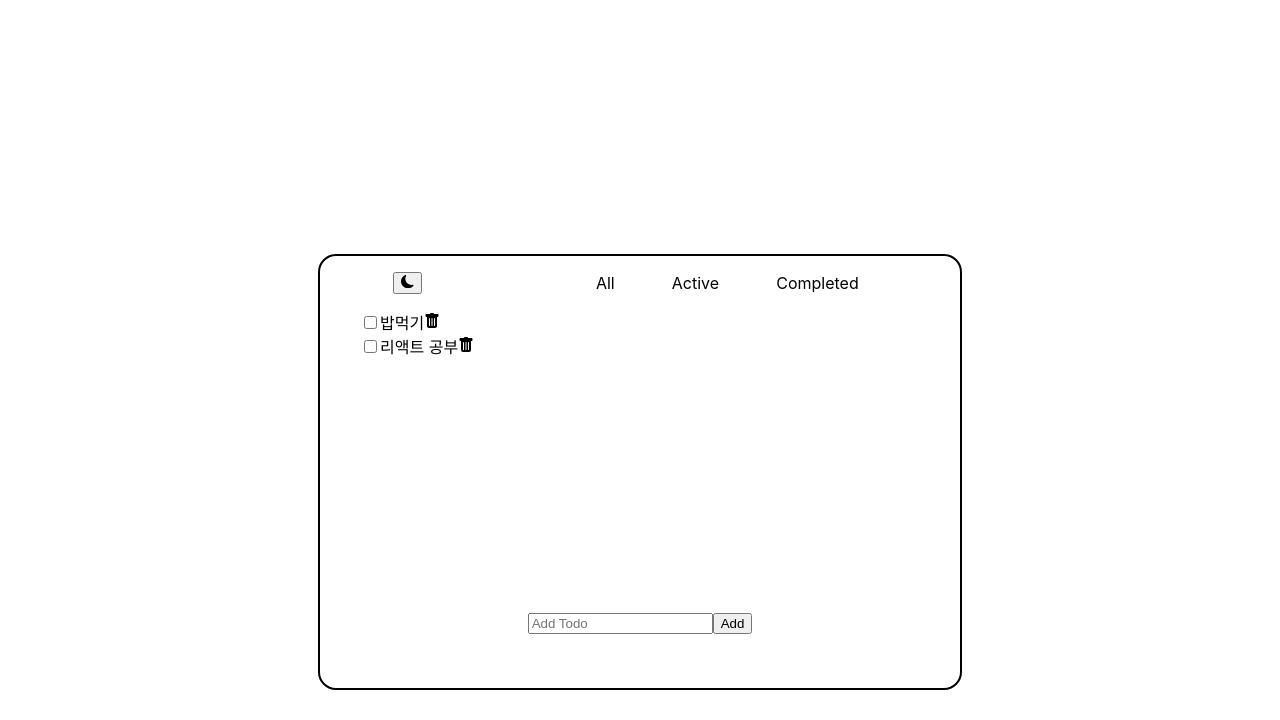
Repository: DongjaJ/React-Todo
Page: / (app in react-todo/)
An editor plug-in stored every save of this project. The page is shown before and after the next save, followed by the edit.
The browser window is 1280 px wide. The pictures show the whole page.
The project was rebuilt for these pictures with package versions that can differ from the ones it lists, and the page was loaded fresh each time.

Above is the page before, as saved 2023-05-15 14:11:03.

### react-todo/public/index.html
<!DOCTYPE html>
<html lang="en">
	<head>
		<meta charset="utf-8" />
		<link rel="icon" href="%PUBLIC_URL%/favicon.ico" />
		<meta name="viewport" content="width=device-width, initial-scale=1" />
		<meta name="theme-color" content="#000000" />
		<meta
			name="description"
			content="Web site created using create-react-app" />
		<link rel="apple-touch-icon" href="%PUBLIC_URL%/logo192.png" />
		<!--
      manifest.json provides metadata used when your web app is installed on a
      user's mobile device or desktop. See https://developers.google.com/web/fundamentals/web-app-manifest/
    -->
		<link rel="manifest" href="%PUBLIC_URL%/manifest.json" />
		<!--
      Notice the use of %PUBLIC_URL% in the tags above.
      It will be replaced with the URL of the `public` folder during the build.
      Only files inside the `public` folder can be referenced from the HTML.

      Unlike "/favicon.ico" or "favicon.ico", "%PUBLIC_URL%/favicon.ico" will
      work correctly both with client-side routing and a non-root public URL.
      Learn how to configure a non-root public URL by running `npm run build`.
    -->
		<title>📘 Todo</title>
	</head>
	<body>
		<noscript>You need to enable JavaScript to run this app.</noscript>
		<div id="root"></div>
		<!--
      This HTML file is a template.
      If you open it directly in the browser, you will see an empty page.

      You can add webfonts, meta tags, or analytics to this file.
      The build step will place the bundled scripts into the <body> tag.

      To begin the development, run `npm start` or `yarn start`.
      To create a production bundle, use `npm run build` or `yarn build`.
    --></body>
</html>

### react-todo/src/App.js
import './App.css';
import Footer from './components/Footer';
import Header from './components/Header';
import Todos from './components/Todos';

function App() {
	return (
		<div className="App">
			<Header></Header>
			<Todos></Todos>
			<Footer></Footer>
		</div>
	);
}

export default App;

### react-todo/src/App.css
body {
	display: flex;
	flex-direction: column;
	justify-content: center;
	align-items: center;
	padding-top: 20%;
}

.App {
	outline: 2px solid black;
	width: 50vw;
	height: 60vh;
	border-radius: 16px;
}

li {
	list-style: none;
}

### react-todo/src/components/Footer.jsx
import React from 'react';
import styles from '../styles/Footer.module.css';

export default function Footer() {
	return (
		<div className={styles.footer}>
			<input placeholder="Add Todo"></input>
			<button>Add</button>
		</div>
	);
}

### react-todo/src/components/Header.jsx
import React from 'react';
import { BsFillSunFill, BsFillMoonFill } from 'react-icons/bs';
import styles from '../styles/Header.module.css';

export default function Header() {
	return (
		<div className={styles.header}>
			<button>
				<BsFillMoonFill />
			</button>
			<div className={styles['category-section']}>
				<section>All</section>
				<section>Active</section>
				<section>Completed</section>
			</div>
		</div>
	);
}

### react-todo/src/components/Todos.jsx
import React from 'react';
import styles from '../styles/Todos.module.css';
import { BsFillTrashFill } from 'react-icons/bs';

export default function Todos() {
	return (
		<div className={styles.todos}>
			<ul>
				<li>
					<input type="checkbox" />
					밥먹기
					<BsFillTrashFill />
				</li>
				<li>
					<input type="checkbox" />
					리액트 공부
					<BsFillTrashFill />
				</li>
			</ul>
		</div>
	);
}

### react-todo/src/styles/Footer.module.css
.footer {
	display: flex;
	align-items: center;
	justify-content: center;
}

### react-todo/src/styles/Header.module.css
.header {
	display: flex;
	justify-content: space-around;
	align-items: center;
	padding-top: 1rem;
}

.category-section {
	display: flex;
	justify-content: space-around;
	align-items: center;
	width: 50%;
}

### react-todo/src/styles/Todos.module.css
.todos {
	width: 100%;
	height: 70%;
}

Loaded but not shown: react-todo/src/index.js (common file); react-todo/src/index.css (common file); react-todo/src/reportWebVitals.js (common file)

After the next save:
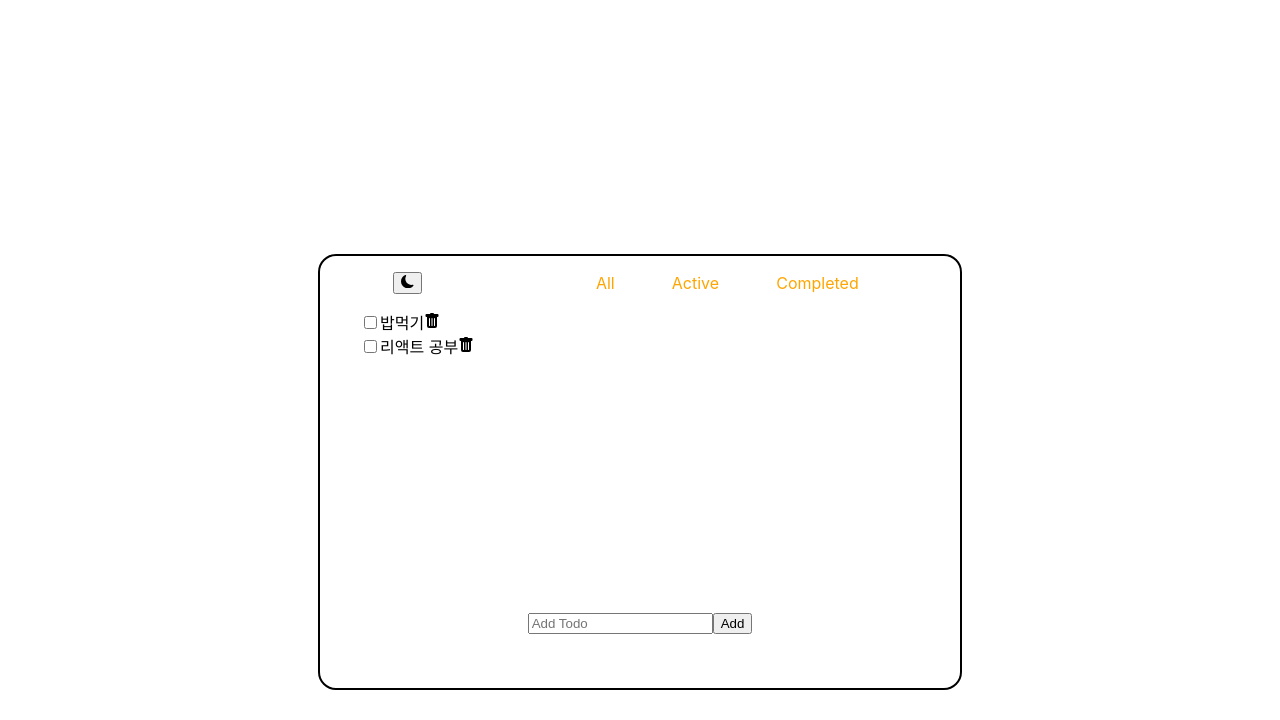
Saved 3 min 54 s later.
--- a/react-todo/src/styles/Header.module.css
+++ b/react-todo/src/styles/Header.module.css
@@ -11,3 +11,7 @@
 	align-items: center;
 	width: 50%;
 }
+
+.category-section section {
+	color: orange;
+}
